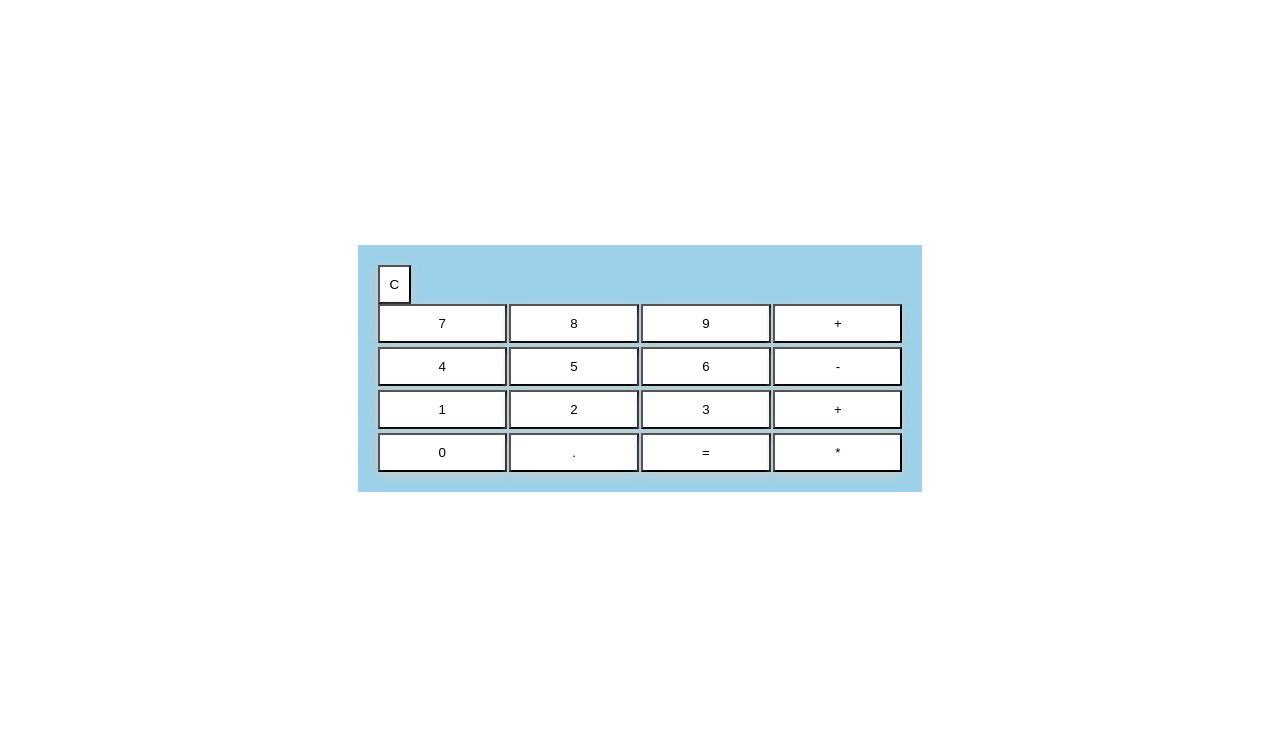
Repository: sem1103/calculator
Page: index.html
An editor plug-in stored every save of this project. The page is shown before and after the next save, followed by the edit.
The browser window is 1280 px wide. The pictures show the whole page.

Above is the page before, as saved 2023-11-01 19:43:50.

### index.html
<!DOCTYPE html>
<html lang="en">

<head>
    <meta charset="UTF-8">
    <meta name="viewport" content="width=device-width, initial-scale=1.0">
    <title>Calc</title>
    <style>
        .calc__container {
            display: flex;
            justify-content: center;
            height: 100vh;
            align-items: center;
        }

        .calc__wrapper {
            max-width: 900px;
            background-color: #9cd1e9;
            padding: 20px;
        }

        .calc__main {
            display: flex;
            flex-direction: row;
            flex-wrap: wrap;
            justify-content: space-between;
            row-gap: 4px;
            column-gap: 2px;

        }

        button {
            padding: 10px;
            text-align: center;
            background-color: #fff;
            box-shadow: 0 3px 10px #ccc;
            flex-basis: calc(25% - 2px);

        }
    </style>
</head>

<body>
    <div class="calc__container">
        <div class="calc__wrapper">
            <div class="calc__header">
                <button>C</button>
                <div class="calc__display">

                </div>
            </div>
            <div class="calc__main">
                <button>7</button>
                <button>8</button>
                <button>9</button>
                <button>+</button>
                <button>4</button>
                <button>5</button>
                <button>6</button>
                <button>-</button>
                <button>1</button>
                <button>2</button>
                <button>3</button>
                <button>+</button>
                <button>0</button>
                <button>.</button>
                <button>=</button>
                <button>*</button>
            </div>
        </div>
    </div>
</body>

</html>

After the next save:
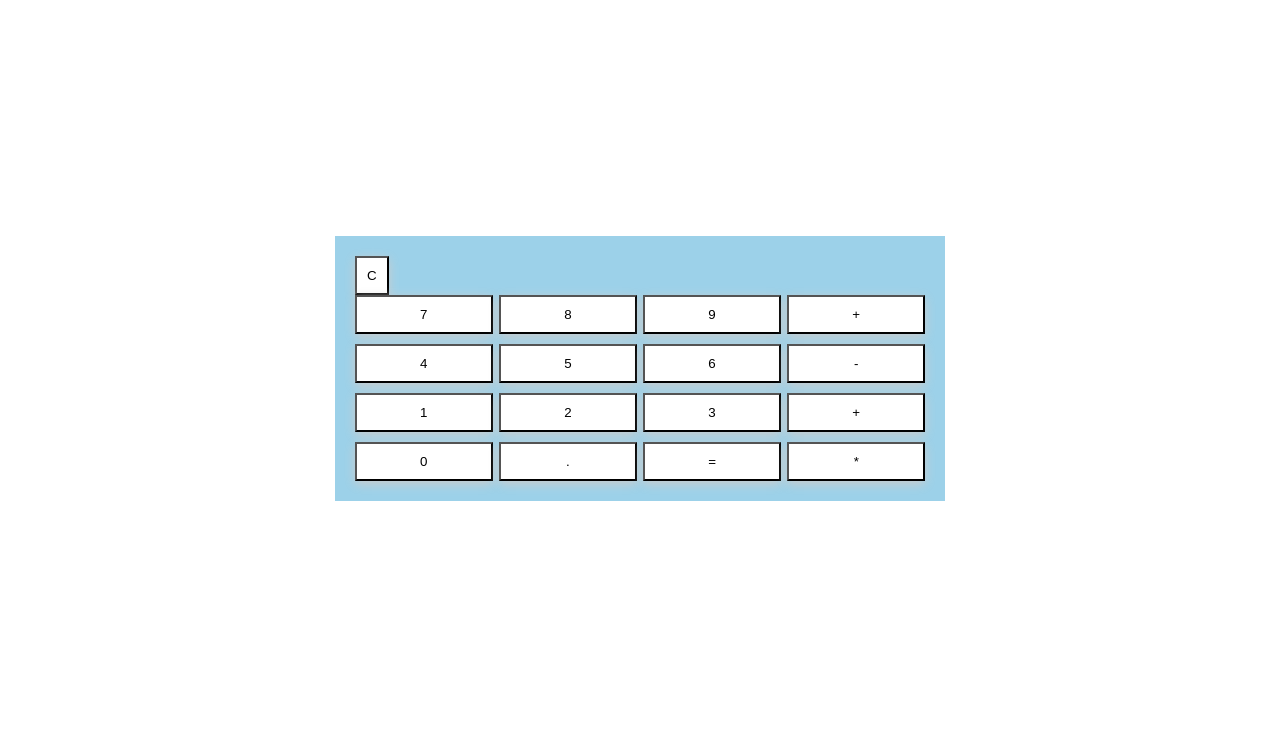
Saved 16 s later.
--- a/index.html
+++ b/index.html
@@ -24,8 +24,8 @@
             flex-direction: row;
             flex-wrap: wrap;
             justify-content: space-between;
-            row-gap: 4px;
-            column-gap: 2px;
+            row-gap: 10px;
+            column-gap: 5px;
 
         }
 
@@ -34,7 +34,7 @@
             text-align: center;
             background-color: #fff;
             box-shadow: 0 3px 10px #ccc;
-            flex-basis: calc(25% - 2px);
+            flex-basis: calc(25% - 5px);
 
         }
     </style>
